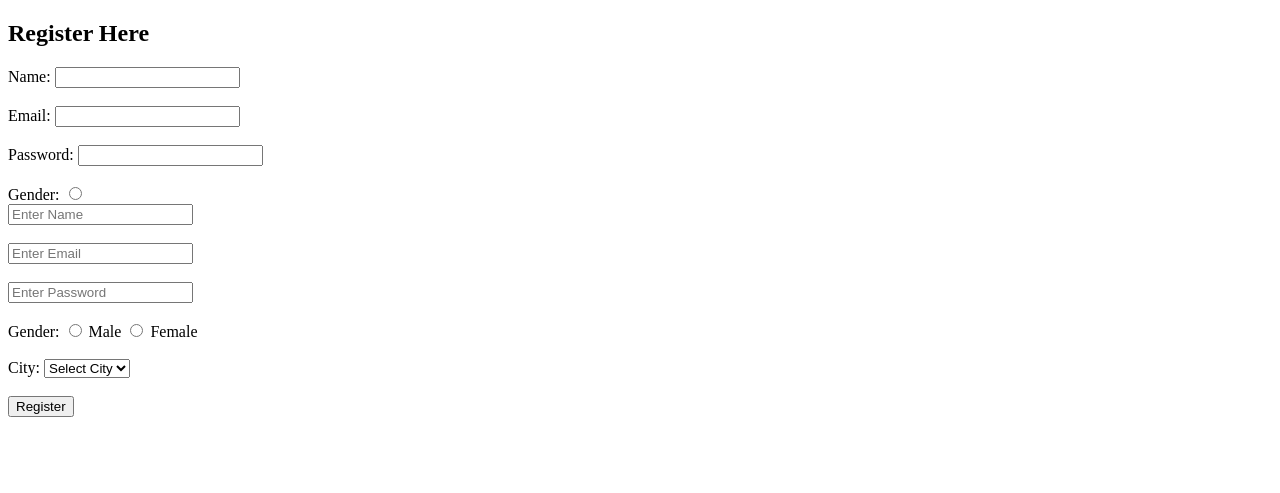
Repository: adhiraj-adhi/Spring_Programs
Page: http://localhost/WebMVCDemo8SpringFormTagLib1/WEB-INF/views/register.jsp
An editor plug-in stored every save of this project. The page is shown before and after the next save, followed by the edit.
The browser window is 1280 px wide. The pictures show the whole page.
The page is served by Tomcat 10. Nobody is signed in. Other server files are loaded and not shown. The template is opened directly, without the code that normally fills it, so the values that code supplies are empty.

Above is the page before, as saved 2024-03-06 19:26:09.

### Web MVC/WebMVCDemo8SpringFormTagLib1/src/main/webapp/WEB-INF/views/register.jsp
<%@ page language="java" contentType="text/html; charset=UTF-8"
    pageEncoding="UTF-8"%>

<!-- We know that to use any other external tags we have to use taglib so
	 To use Spring Form Tag Library we have to use taglib as
-->
<%@ taglib uri="http://www.springframework.org/tags/form" prefix="form" %>

<!DOCTYPE html>
<html>
<head>
<meta charset="UTF-8">
<title>Insert title here</title>
</head>
<body>
	<h2> Register Here </h2>

	<!-- Now, to create form using Spring Form Tag Library -->
	<form:form action="register" method="post">
		Name: <form:input path="name" /><br/><br/>
		Email: <form:input path="email"/> <br/><br/>
		Password: <form:password path="" /><br/><br/>
		Gender: <form:radiobutton path="gender"/>
	</form:form>



	<form action="register" method="post">
		<input type="text" name="name" placeholder="Enter Name" /><br/><br/>
		<input type="email" name="email" placeholder="Enter Email" /><br/><br/>
		<input type="password" name="password" placeholder="Enter Password" /><br/><br/>
		Gender: <input type="radio" name="gender" value="Male" /> Male <input type="radio" name="gender" value="Female" /> Female<br/><br/>

		City: <select name="city">
				<option value="Select City" > Select City </option>
				<option value="Delhi" > Delhi </option>
				<option value="Kolkata" > Kolkata </option>
				<option value="Pune" > Pune </option>
			  </select><br/><br/>
		<input type="submit" value="Register" />
	</form>
</body>
</html>

After the next save:
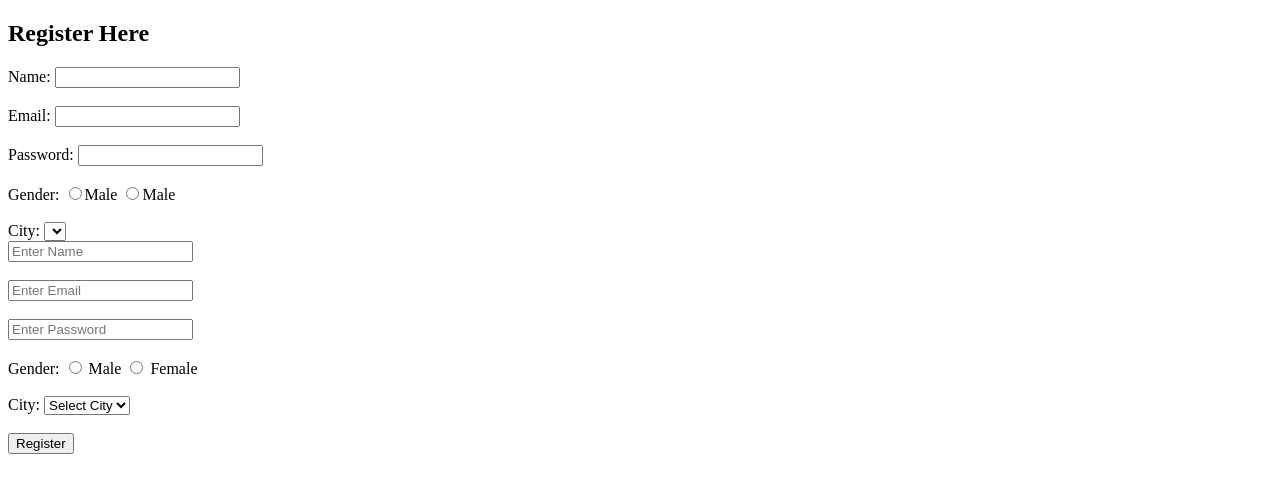
Saved 2 min 27 s later.
--- a/Web MVC/WebMVCDemo8SpringFormTagLib1/src/main/webapp/WEB-INF/views/register.jsp
+++ b/Web MVC/WebMVCDemo8SpringFormTagLib1/src/main/webapp/WEB-INF/views/register.jsp
@@ -20,7 +20,11 @@
 		Name: <form:input path="name" /><br/><br/>
 		Email: <form:input path="email"/> <br/><br/>
 		Password: <form:password path="" /><br/><br/>
-		Gender: <form:radiobutton path="gender"/>
+		Gender: <form:radiobutton path="gender" label="Male" value="Male" />
+				<form:radiobutton path="gender" label="Male" value="Male" /><br/><br/>
+		City: <form:select path="city">
+
+			  </form:select>
 	</form:form>
 
 
